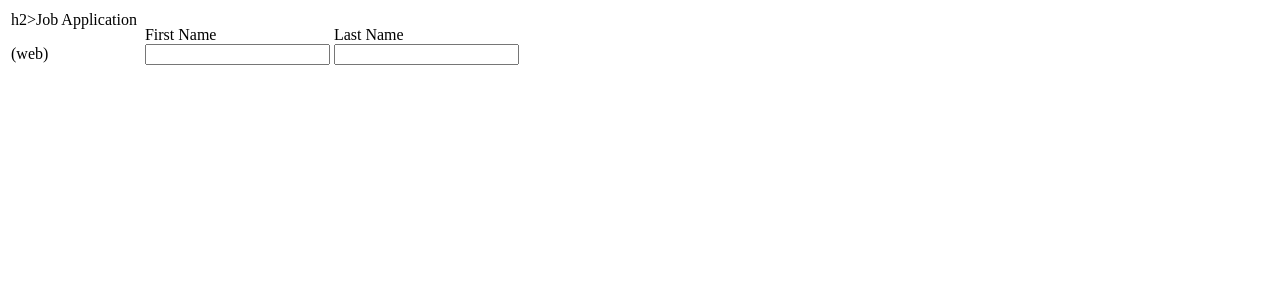
Repository: diensy/JOB-APPLICATION
Page: index.html
An editor plug-in stored every save of this project. The page is shown before and after the next save, followed by the edit.
The browser window is 1280 px wide. The pictures show the whole page.

Above is the page before, as saved 2024-02-27 00:17:30.

After the next save:
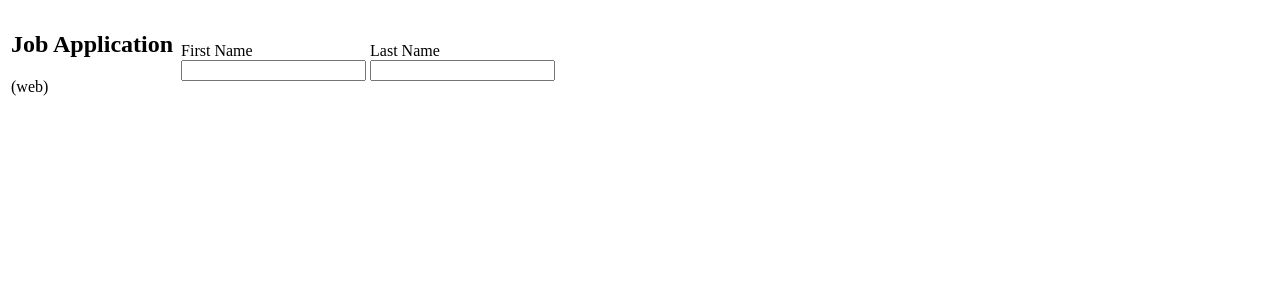
Saved 7 s later.
--- a/index.html
+++ b/index.html
@@ -6,13 +6,14 @@
     <title>Job Application</title>
   </head>
   <body>
-
     <form action="">
       <table>
         <tr>
-            <td>h2>Job Application</h2>
-                <p>(web)</p></td>
-            <td></td>
+          <td>
+            <h2>Job Application</h2>
+            <p>(web)</p>
+          </td>
+          <td></td>
           <td>
             <label for="firstname" id="first">First Name</label>
             <br />
